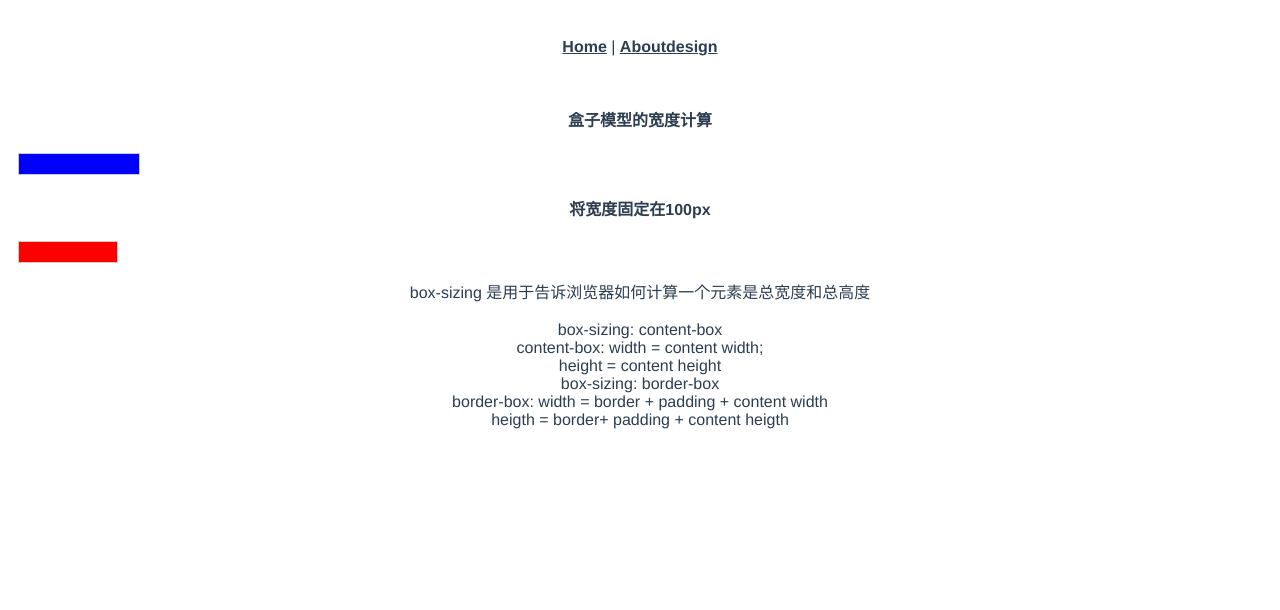
Repository: 1025215705/design
Page: /layout/1 (app in vue-ts/)
The author's editor kept a copy of each file at every save. The page is drawn from the files as they stood at one save, then again after the next save.
The browser window is 1280 px wide. The pictures show the whole page.
The project was rebuilt for these pictures with package versions that can differ from the ones it lists, and the page was loaded fresh each time. Also part of the build but not shown: vue-ts/src/components/HelloWorld.vue, vue-ts/src/views/Home.vue, vue-ts/src/practice/design/adaptee.ts, vue-ts/src/practice/design/decorator.ts, vue-ts/src/practice/design/observer.ts, vue-ts/src/practice/design/proxy.ts, vue-ts/src/practice/design/singletonLogin.ts, vue-ts/src/practice/design/userFactory.ts and 4 more.

Above is the page before, as saved 2020-12-11 12:11:19.

After the next save:
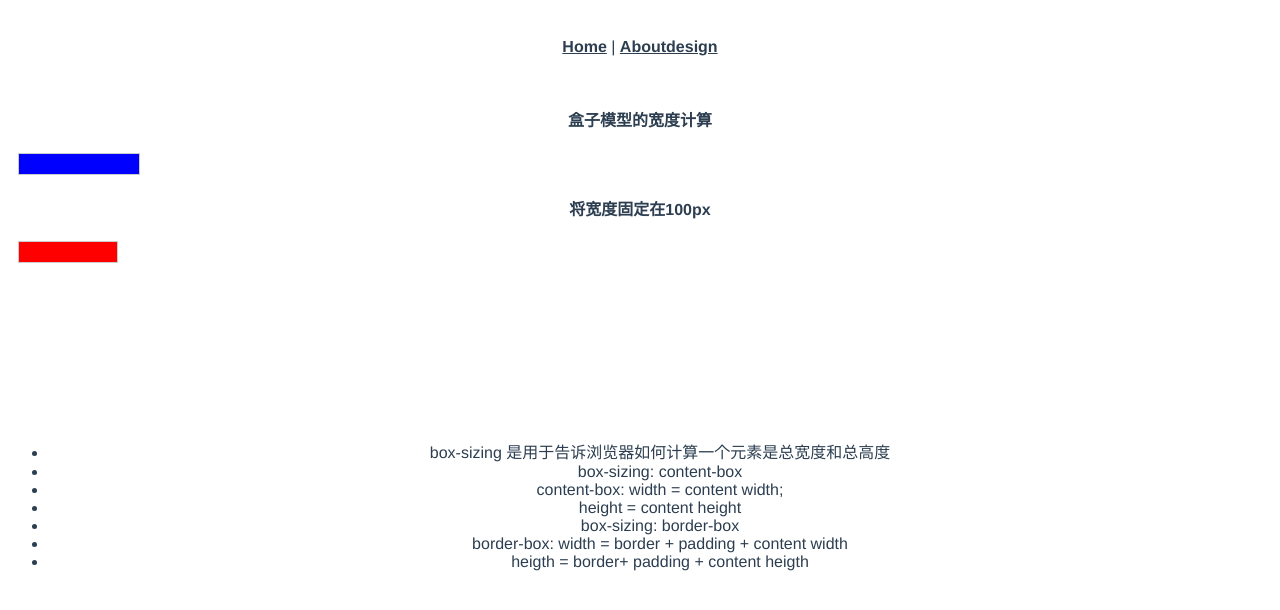
Saved 96 s later.
--- a/vue-ts/src/practice/layout/box.vue
+++ b/vue-ts/src/practice/layout/box.vue
@@ -4,16 +4,33 @@
 		<div class="box"></div>
 		<h4>将宽度固定在100px</h4>
 		<div class="box2"></div>
-		<p>
-			box-sizing 是用于告诉浏览器如何计算一个元素是总宽度和总高度<br />
+        <p>
+			<br />
 			 <br />
-			box-sizing: content-box <br />
-			content-box: width = content width; <br />
-			height = content height <br />
-			box-sizing: border-box <br />
-			border-box: width = border + padding + content width <br />
-			heigth = border+ padding + content heigth<br />
+			 <br />
+			 <br />
+			<br />
+			<br />
+			<br />
+			<br />
 		</p>
+		<ul>
+            <li>box-sizing 是用于告诉浏览器如何计算一个元素是总宽度和总高度</li>
+            <li>box-sizing: content-box</li>
+            <li>content-box: width = content width;</li>
+            <li>
+height = content height
+            </li>
+            <li>
+                box-sizing: border-box
+            </li>
+            <li>
+border-box: width = border + padding + content width
+            </li>
+            <li>
+heigth = border+ padding + content heigth
+            </li>
+		</ul>
 	</div>
 </template>
 <script>
